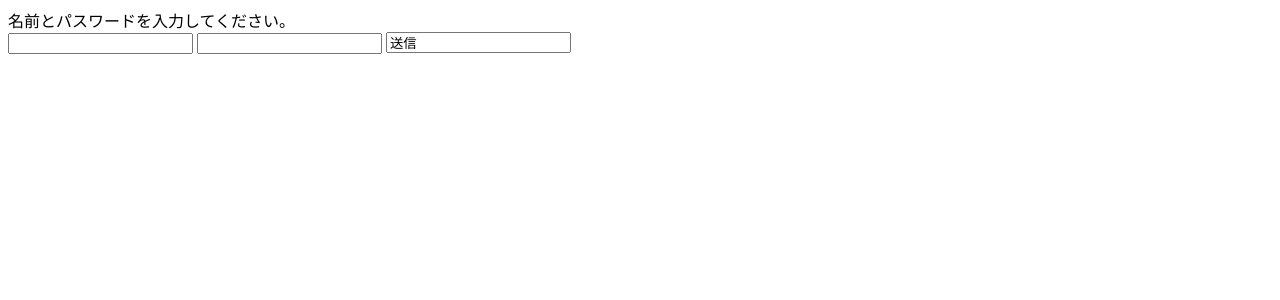
Repository: y-inoue1220/test
Page: http://localhost/HelloServlet/welcome.jsp
The author's editor kept a copy of each file at every save. The page is drawn from the files as they stood at one save, then again after the next save.
The browser window is 1280 px wide. The pictures show the whole page.
The page is served by Tomcat 9. Other server files are loaded and not shown.

Above is the page before, as saved 2019-10-02 12:35:25.

### HelloServlet/WebContent/welcome.jsp
<%@ page language="java" contentType="text/html; charset=UTF-8"
    pageEncoding="UTF-8"%>
<!DOCTYPE html>
<html>
<head>
<meta charset="UTF-8">
<title>WELCOME</title>
</head>
<body>
名前とパスワードを入力してください。
<form method="post" action="WelcomeServlet">
<input type="text" name="username">
<input type="password" name="password">
<input type="subit" value="送信">



</form>
</body>
</html>

After the next save:
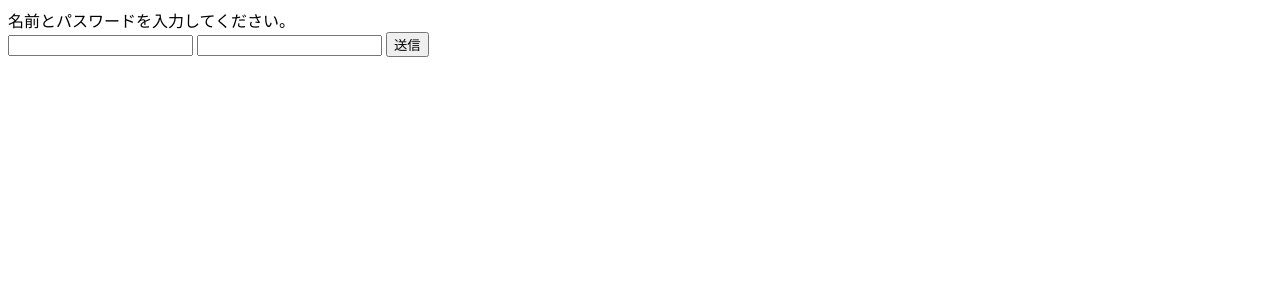
Saved 6 s later.
--- a/HelloServlet/WebContent/welcome.jsp
+++ b/HelloServlet/WebContent/welcome.jsp
@@ -11,7 +11,7 @@
 <form method="post" action="WelcomeServlet">
 <input type="text" name="username">
 <input type="password" name="password">
-<input type="subit" value="送信">
+<input type="submit" value="送信">
 
 
 
